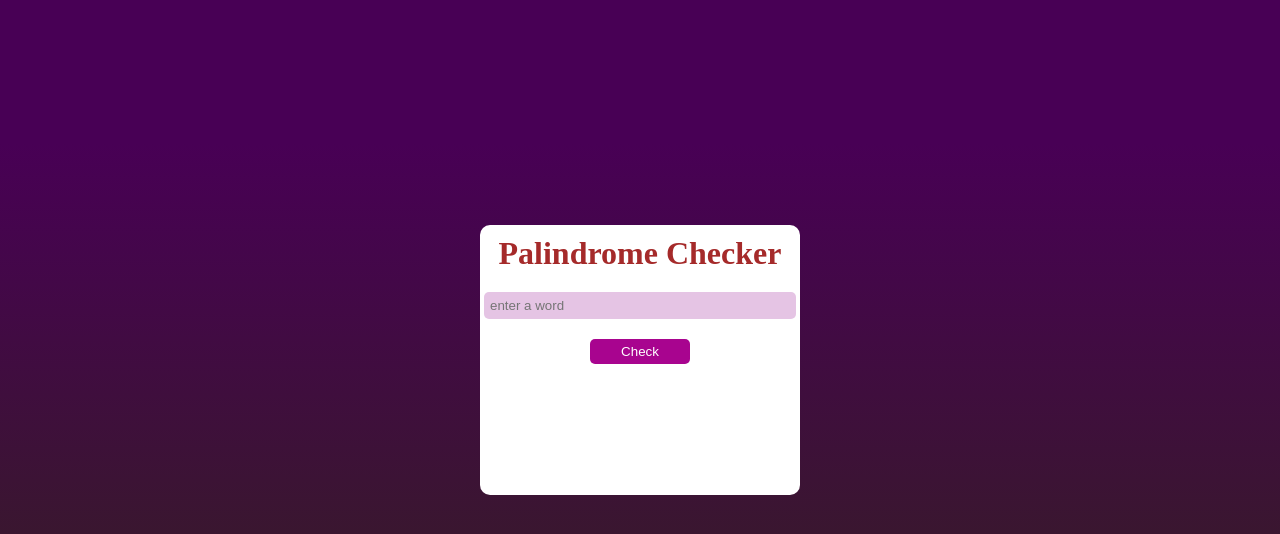
Repository: albinsabu2023/palindromeChecker
Page: index.html
An editor plug-in stored every save of this project. The page is shown before and after the next save, followed by the edit.
The browser window is 1280 px wide. The pictures show the whole page.

Above is the page before, as saved 2023-09-12 01:32:46.

After the next save:
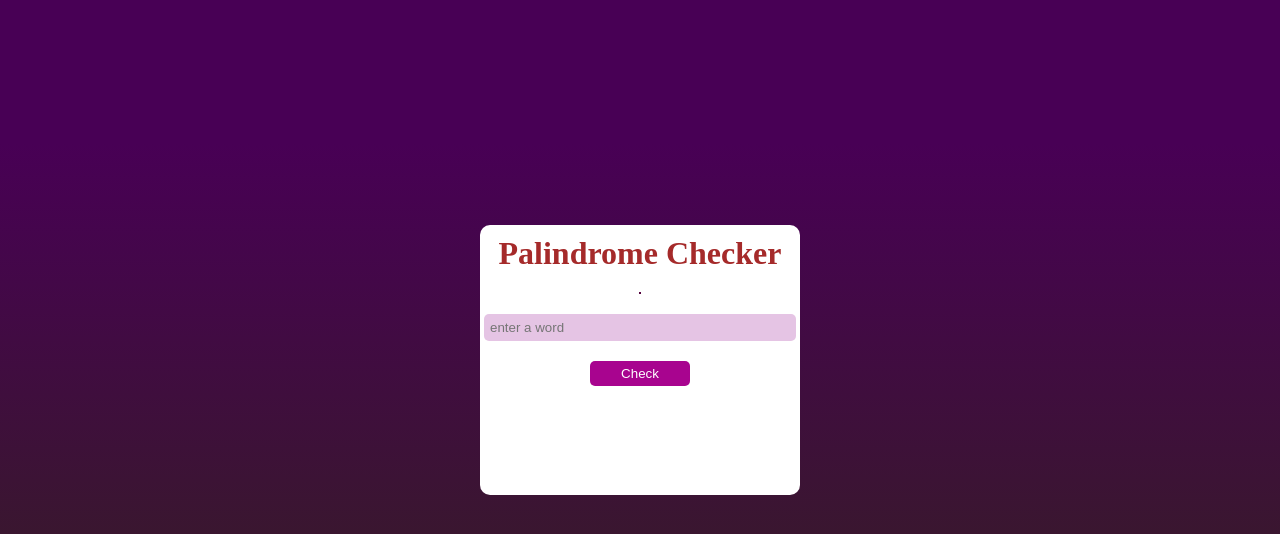
Saved 13 s later.
--- a/index.html
+++ b/index.html
@@ -9,6 +9,7 @@
 <body>
     <div class="container">
         <h1>Palindrome Checker</h1>
+        <span> </span>
         <input type="text" id="inputText" placeholder="enter a word">
         <button id="checkButton">Check</button>
         <div id="result">
